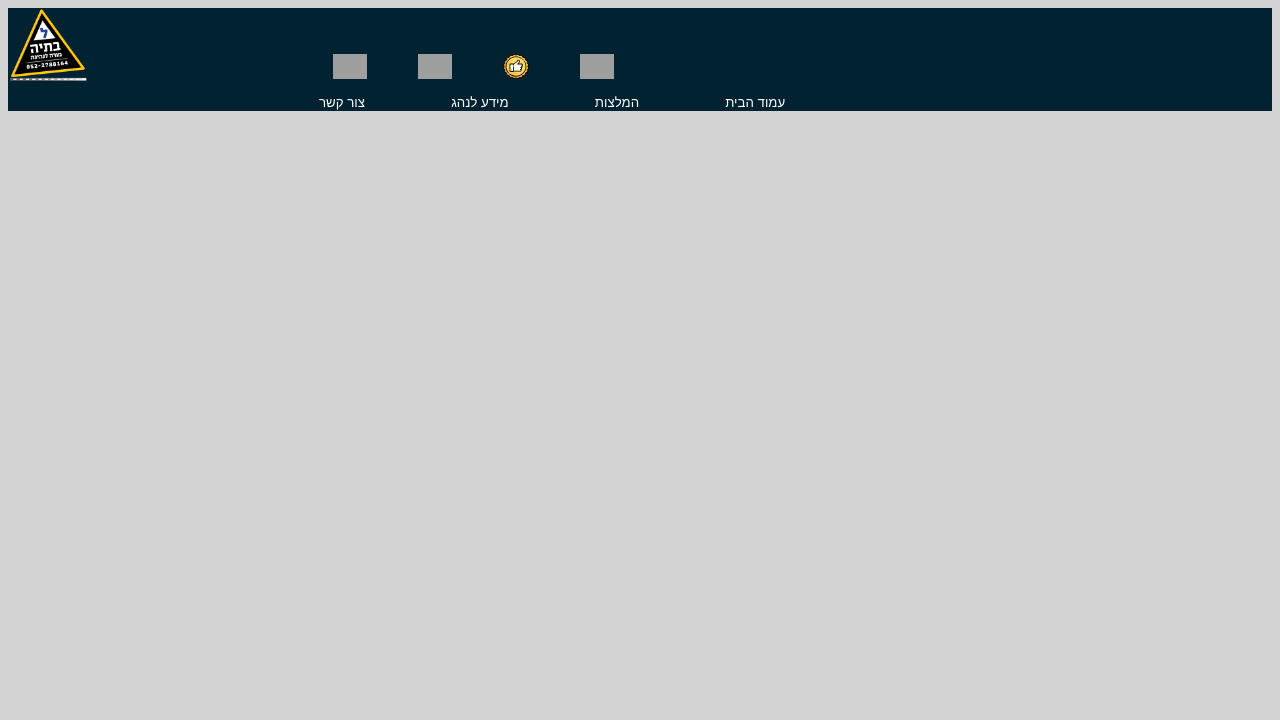
Repository: ChenGinsberg/BatyaLamed-site
Page: index.html
The author's editor kept a copy of each file at every save. The page is drawn from the files as they stood at one save, then again after the next save.
The browser window is 1280 px wide. The pictures show the whole page.
Pictures or frames that could not be fetched are drawn as grey boxes.

Above is the page before, as saved 2017-11-10 22:25:41.

### index.html
<!DOCTYPE html>
<html lang="en">

<head>
    <meta charset="UTF-8">
    <meta name="viewport" content="width=device-width, initial-scale=1.0">
    <meta http-equiv="X-UA-Compatible" content="ie=edge">
    <title>Batya</title>
    <script type="text/javascript" src="http://app.sliderui.com/sliders/zrkchs.js"></script>
</head>

<body lang="rtl">
    <nav class="navbar-blue">

        <img src="image/batyaLogo.png" class="logo-nav">
        <img src="image/message.svg" class="nav-svg-icon">
        <img src="image/information.svg" class="nav-svg-icon">
        <img src="image/recommended.svg" class="nav-svg-icon">
        <img src="image/house.svg" class="nav-svg-icon">
        <br>
        <a class="nav-iconn">עמוד הבית</a>
        <a class="nav-iconn">המלצות</a>
        <a class="nav-iconn">מידע לנהג</a>
        <a class="nav-iconn">צור קשר</a>
    </nav>

    <link rel="stylesheet" type="text/css" href="style/style.css">

</body>

</html>

### style/style.css
    body {
        background-color: lightgray;
    }
    /* NAV */

    .navbar-blue {
        background-color: #012231;
        min-height: 80px;
    }

    .logo-nav {
        height: 75px;
        position: absolute;
    }

    .nav-svg-icon {
        height: 25.6px;
        position: relative;
        left: 24.9%;
        margin: 3.6% 37px 10px 10px;
    }

    .nav-iconn {
        margin-right: 1%;
        font-family: "Open Sans Hebrew", "Helvetica Neue", Helvetica, Arial, sans-serif;
        color: white;
        position: relative;
        left: 24.6%;
        font-size: 0.83em;
        border-radius: 3px;
        transition: all 0.3s ease;
        padding-right: 5.5%;
        /* */
    }

    .nav-iconn:hover {
        background: red;
    }

After the next save:
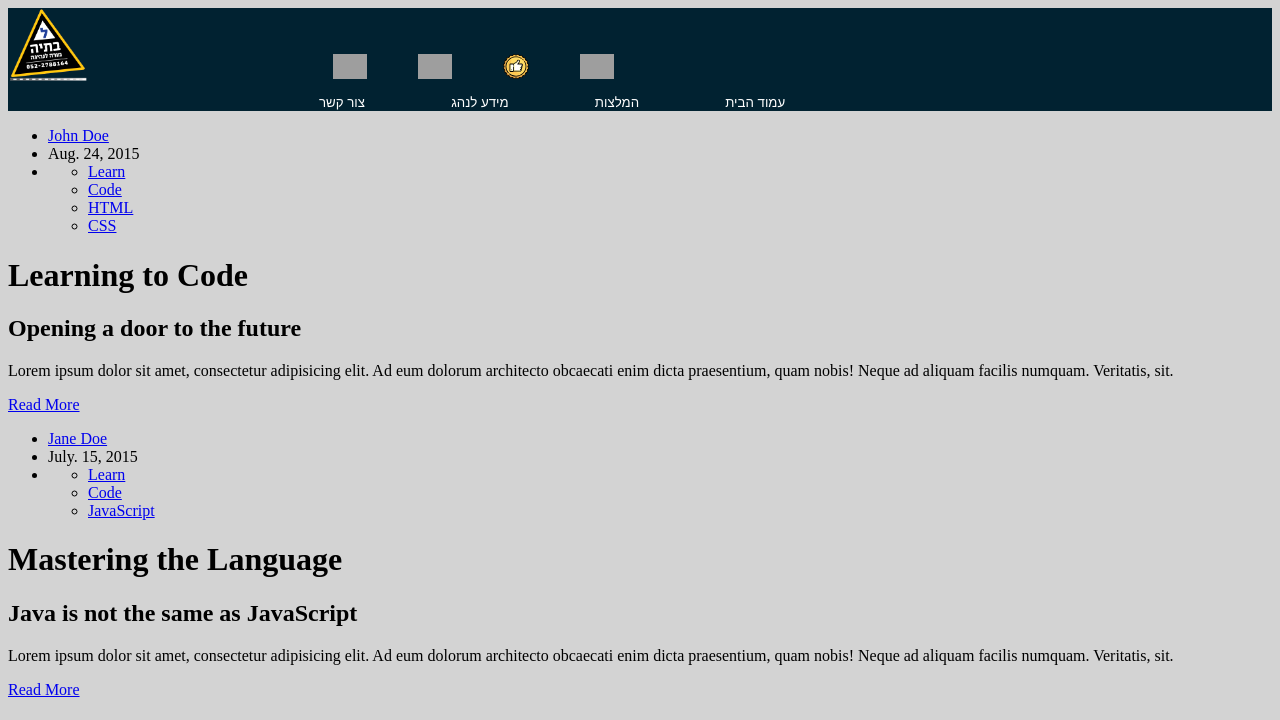
Saved 22 s later.
--- a/index.html
+++ b/index.html
@@ -23,7 +23,67 @@
         <a class="nav-iconn">מידע לנהג</a>
         <a class="nav-iconn">צור קשר</a>
     </nav>
-
+    <div class="blog-card">
+        <div class="photo photo1"></div>
+        <ul class="details">
+            <li class="author">
+                <a href="#">John Doe</a>
+            </li>
+            <li class="date">Aug. 24, 2015</li>
+            <li class="tags">
+                <ul>
+                    <li>
+                        <a href="#">Learn</a>
+                    </li>
+                    <li>
+                        <a href="#">Code</a>
+                    </li>
+                    <li>
+                        <a href="#">HTML</a>
+                    </li>
+                    <li>
+                        <a href="#">CSS</a>
+                    </li>
+                </ul>
+            </li>
+        </ul>
+        <div class="description">
+            <h1>Learning to Code</h1>
+            <h2>Opening a door to the future</h2>
+            <p class="summary">Lorem ipsum dolor sit amet, consectetur adipisicing elit. Ad eum dolorum architecto obcaecati enim dicta praesentium,
+                quam nobis! Neque ad aliquam facilis numquam. Veritatis, sit.</p>
+            <a href="#">Read More</a>
+        </div>
+    </div>
+    <div class="blog-card alt">
+        <div class="photo photo2"></div>
+        <ul class="details">
+            <li class="author">
+                <a href="#">Jane Doe</a>
+            </li>
+            <li class="date">July. 15, 2015</li>
+            <li class="tags">
+                <ul>
+                    <li>
+                        <a href="#">Learn</a>
+                    </li>
+                    <li>
+                        <a href="#">Code</a>
+                    </li>
+                    <li>
+                        <a href="#">JavaScript</a>
+                    </li>
+                </ul>
+            </li>
+        </ul>
+        <div class="description">
+            <h1>Mastering the Language</h1>
+            <h2>Java is not the same as JavaScript</h2>
+            <p class="summary">Lorem ipsum dolor sit amet, consectetur adipisicing elit. Ad eum dolorum architecto obcaecati enim dicta praesentium,
+                quam nobis! Neque ad aliquam facilis numquam. Veritatis, sit.</p>
+            <a href="#">Read More</a>
+        </div>
+    </div>
     <link rel="stylesheet" type="text/css" href="style/style.css">
 
 </body>
